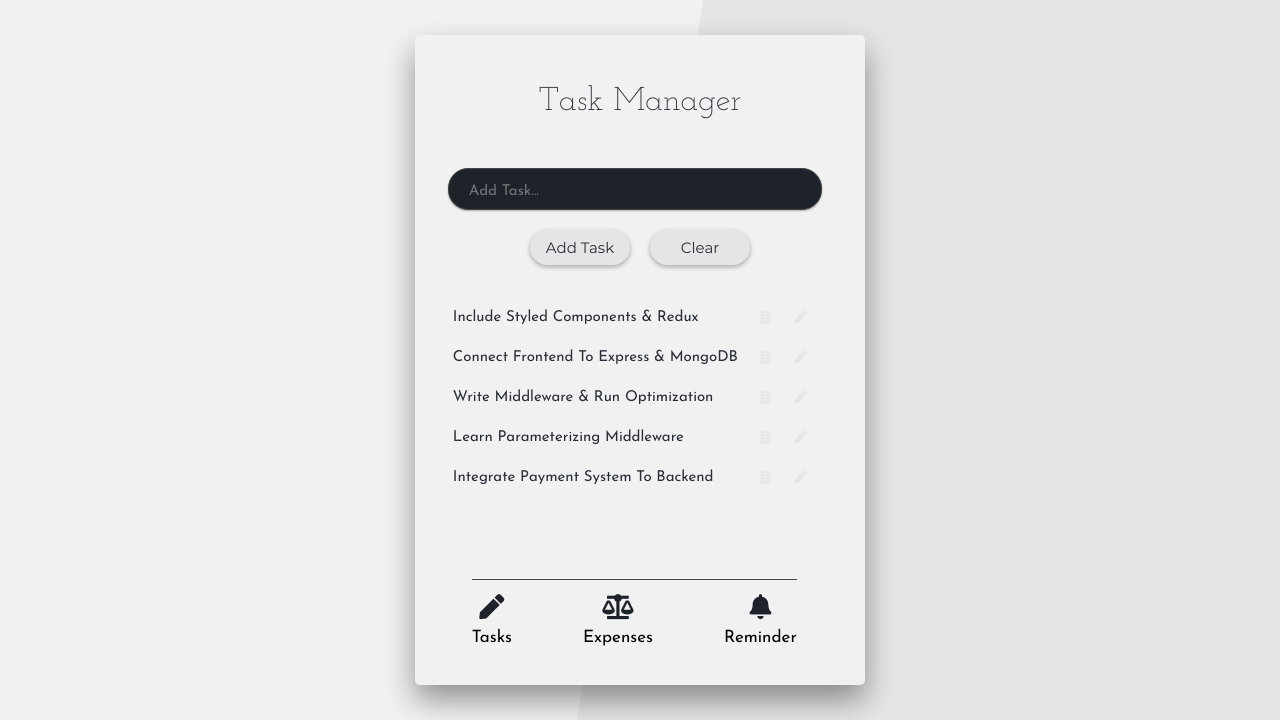
Repository: Kol124/react-task-manager
Page: /
The author's editor kept a copy of each file at every save. The page is drawn from the files as they stood at one save, then again after the next save.
The browser window is 1280 px wide. The pictures show the whole page.
The project was rebuilt for these pictures with package versions that can differ from the ones it lists, and the page was loaded fresh each time. Also part of the build but not shown: src/components/Expenses/Expenses.js, src/components/Reminder/Reminder.js.

Above is the page before, as saved 2021-06-24 17:24:00.

After the next save:
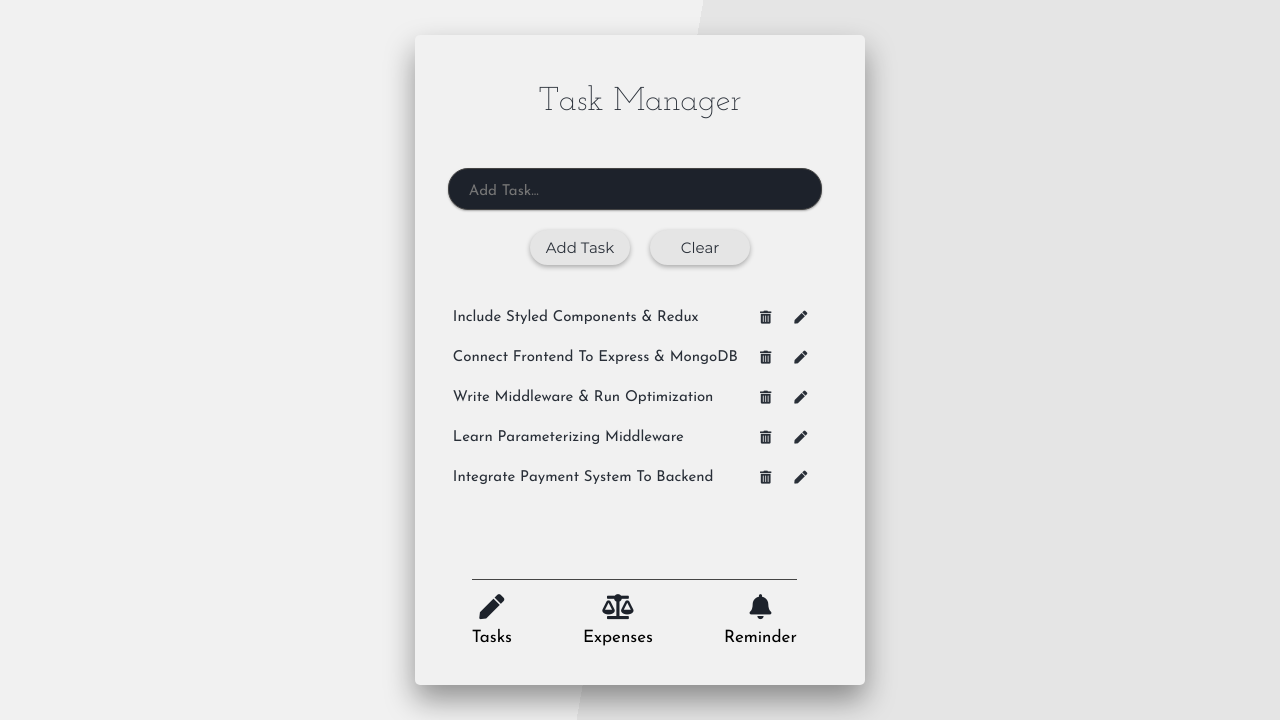
Saved 64 s later.
--- a/src/components/Task.js
+++ b/src/components/Task.js
@@ -13,7 +13,7 @@ export default function Task({ task }) {
       <div>
         <button
           className="btn-delete task-btn"
-          style={{ color: theme.accent }}
+          style={{ color: theme.font }}
           onClick={() =>
             dispatch({ type: "REMOVE_TASK", task: { id: task.id } })
           }
@@ -22,7 +22,7 @@ export default function Task({ task }) {
         </button>{" "}
         <button
           className="btn-edit task-btn"
-          style={{ color: theme.accent }}
+          style={{ color: theme.font }}
           onClick={() => findItem(task.id)}
         >
           <i className="fas fa-pen"></i>
